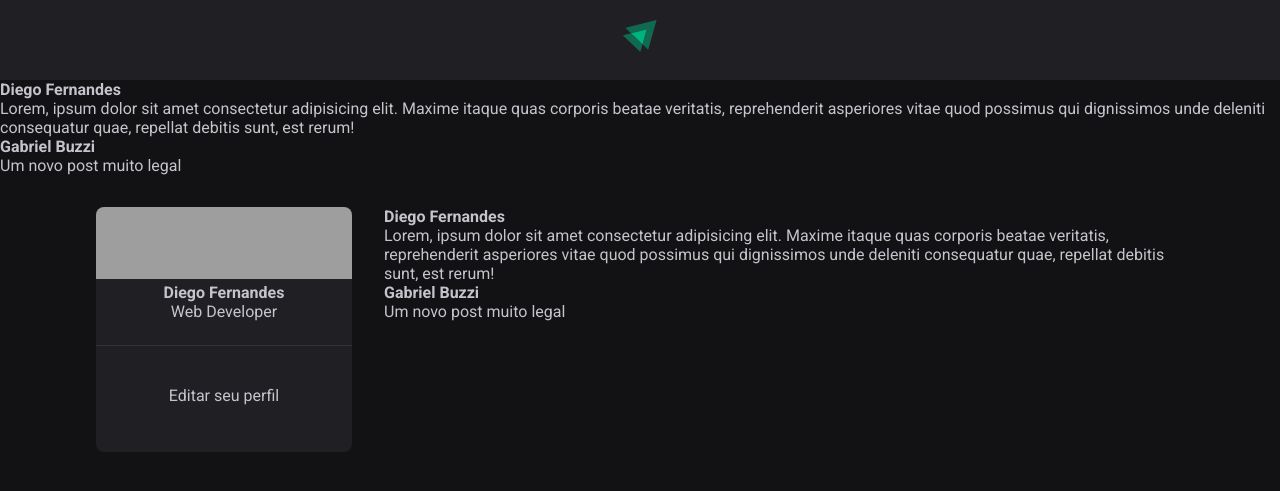
Repository: LuizHMAL/IGNITEFEED
Page: /
The author's editor kept a copy of each file at every save. The page is drawn from the files as they stood at one save, then again after the next save.
The browser window is 1280 px wide. The pictures show the whole page.
Pictures or frames that could not be fetched are drawn as grey boxes. The project was rebuilt for these pictures with package versions that can differ from the ones it lists, and the page was loaded fresh each time. Also part of the build but not shown: vite.config.js.

Above is the page before, as saved 2023-09-26 21:23:36.

### index.html
<!doctype html>
<html lang="en">
  <head>
    <meta charset="UTF-8" />

    <link rel="preconnect" href="https://fonts.googleapis.com" />
    <link rel="preconnect" href="https://fonts.gstatic.com" crossorigin />

    <link rel="icon" type="image/svg+xml" href="/src/favicon.svg" />
    <meta name="viewport" content="width=device-width, initial-scale=1.0" />

    <link href="https://fonts.googleapis.com/css2?family=Roboto:wght@400;700&display=swap" rel="stylesheet" />

    <title>Vite + React</title>
  </head>
  <body>
    <div id="root"></div>
    <script type="module" src="/src/main.jsx"></script>
  </body>
</html>

### src/App.jsx
import { Header } from './components/Header';
import { Post } from './Post'

import styles from './App.module.css';

import './global.css';
import { Sidebar } from './components/Sidebar';

export function App() {
  return (
    <div>
      <Header />

      <Post
        author="Diego Fernandes"
        content="Lorem, ipsum dolor sit amet consectetur adipisicing elit. Maxime itaque quas corporis beatae veritatis, reprehenderit asperiores vitae quod possimus qui dignissimos unde deleniti consequatur quae, repellat debitis sunt, est rerum!"
      />
      <Post
        author="Gabriel Buzzi"
        content="Um novo post muito legal"
      />
      <div className={styles.wrapper}>
        <Sidebar />
        <main>
          <Post
            author="Diego Fernandes"
            content="Lorem, ipsum dolor sit amet consectetur adipisicing elit. Maxime itaque quas corporis beatae veritatis, reprehenderit asperiores vitae quod possimus qui dignissimos unde deleniti consequatur quae, repellat debitis sunt, est rerum!"
          />
          <Post
            author="Gabriel Buzzi"
            content="Um novo post muito legal"
          />
        </main>
      </div>
    </div>
  )
}

### src/components/Header.jsx
import styles from './Header.module.css'
import igniteLogo from '../assets/ignite-logo.svg';
console.log(igniteLogo);
console.log(styles);

export function Header(){
    return(
        <header className={styles.header}>
            <img src= {igniteLogo} alt='Logotipo do Ignite' />
        </header>

    )
}

### src/Post.jsx
export function Post(props){
    return <div>
        <strong>{props.author}</strong>
        <p>{props.content}</p>
        </div>
}

### src/App.module.css
.wrapper {
    max-width: 70rem;
    margin: 2rem auto;
    padding: 0 1rem;

    display: grid;
    grid-template-columns: 256px 1fr;
    gap: 2rem;
    align-items: flex-start;
  }

### src/global.css
:root {
    --white: #fff;
    --gray-100: #e1e1e6;
    --gray-300: #c4c4cc;
    --gray-400: #8d8d99;
    --gray-600: #323238;
    --gray-700: #29292e;
    --gray-800: #202024;
    --gray-900: #121214;

    --green-500: #00875f;
  }

  * {
    margin: 0;
    padding: 0;
    box-sizing: border-box;
  }

  body {
    background: var(--gray-900);
    color: var(--gray-300);
    -webkit-font-smoothing: antialiased;
  }

  body, input, textarea, button {
    font-family: "Roboto", sans-serif;
    font-weight: 400;
    font-size: 1rem;
  }

### src/components/Sidebar.jsx
import styles from './Sidebar.module.css';

export function Sidebar() {
  return (
    <aside className={styles.sidebar}>
      <img
        className={styles.cover}
        src="https://images.unsplash.com/photo-1605379399642-870262d3d051?ixlib=rb-1.2.1&ixid=MnwxMjA3fDB8MHxwaG90by1wYWdlfHx8fGVufDB8fHx8&auto=format&fit=crop&w=500&q=50"
      />

      <div className={styles.profile}>
        <strong>Diego Fernandes</strong>
        <span>Web Developer</span>
      </div>

      <footer>
        <a href="#">
          Editar seu perfil
        </a>
      </footer>
    </aside>
  );
}

### src/components/Header.module.css
.header {
    background: #333;
    height: 80px;
    background: var(--gray-800);
    display: flex;
    justify-content: center;
    padding: 1.25rem 0;
  }

  .header img {
    height: 2rem;
  }

### src/components/Sidebar.module.css
.sidebar {
    background: var(--gray-800);
    border-radius: 8px;
    overflow: hidden;
  }

  .cover {
    width: 100%;
    height: 72px;
    object-fit: cover;
  }

  .profile {
    display: flex;
    flex-direction: column;
    align-items: center;
  }

  .sidebar footer {
    border-top: 1px solid var(--gray-600);
    margin-top: 1.5rem;
    padding: 1.5rem 2rem 2rem;
  }

  .sidebar footer a {
    width: 100%;
    background: transparent;
    color: var(--brand-500);
    border: 1px solid var(--brand-500);
    border-radius: 8px;
    height: 50px;
    text-decoration: none;

    display: flex;
    align-items: center;
    justify-content: center;
  }

Loaded but not shown: src/main.jsx (common file)

After the next save:
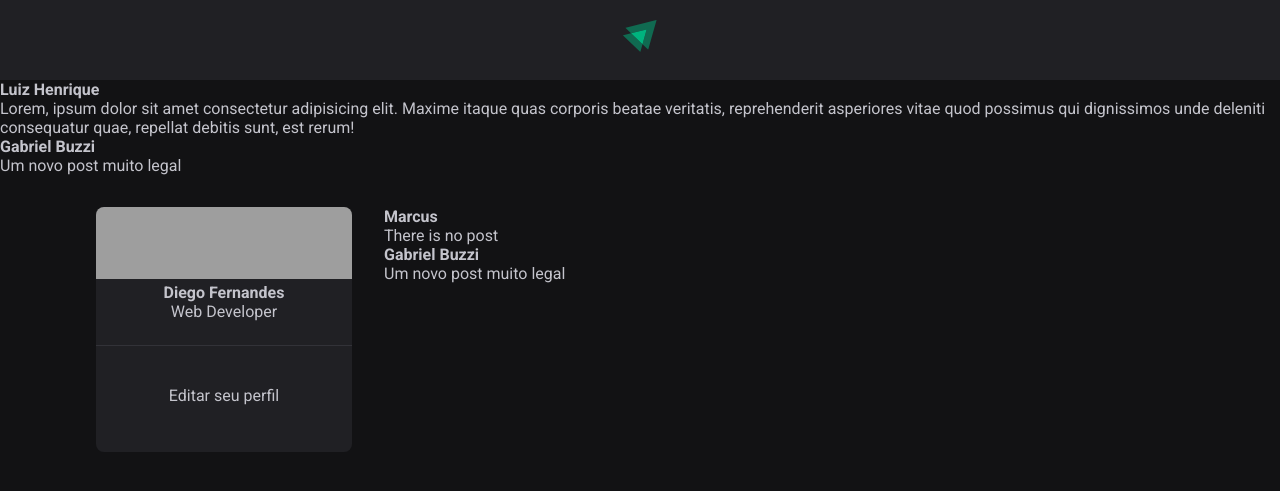
Saved 35 s later.
--- a/src/App.jsx
+++ b/src/App.jsx
@@ -12,7 +12,7 @@ export function App() {
       <Header />
 
       <Post
-        author="Diego Fernandes"
+        author="Luiz Henrique"
         content="Lorem, ipsum dolor sit amet consectetur adipisicing elit. Maxime itaque quas corporis beatae veritatis, reprehenderit asperiores vitae quod possimus qui dignissimos unde deleniti consequatur quae, repellat debitis sunt, est rerum!"
       />
       <Post
@@ -23,8 +23,8 @@ export function App() {
         <Sidebar />
         <main>
           <Post
-            author="Diego Fernandes"
-            content="Lorem, ipsum dolor sit amet consectetur adipisicing elit. Maxime itaque quas corporis beatae veritatis, reprehenderit asperiores vitae quod possimus qui dignissimos unde deleniti consequatur quae, repellat debitis sunt, est rerum!"
+            author="Marcus "
+            content="There is no post"
           />
           <Post
             author="Gabriel Buzzi"
